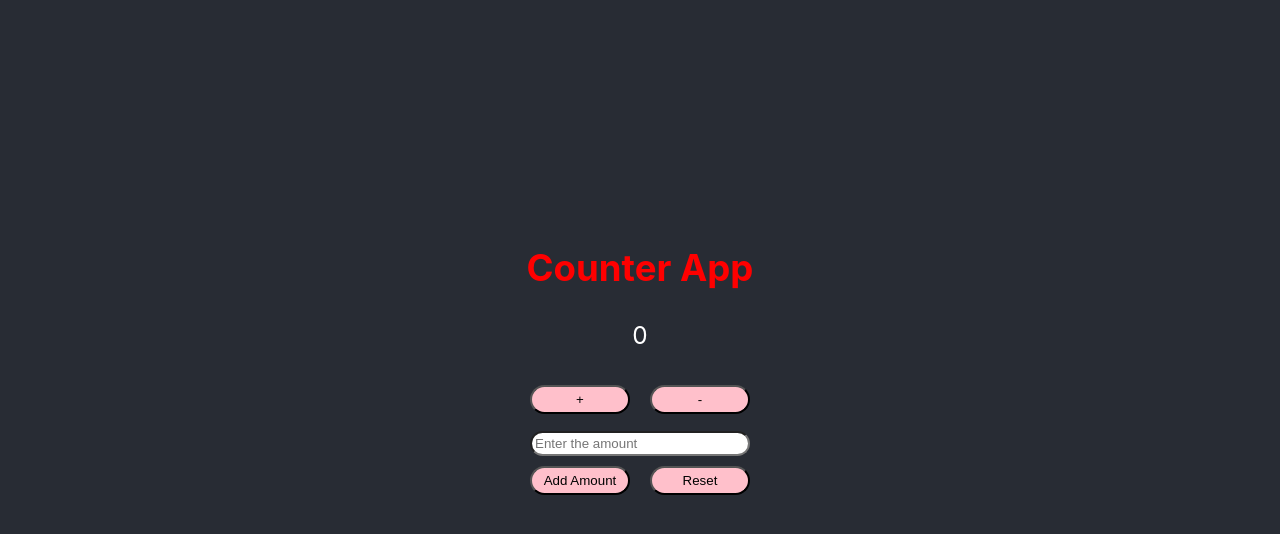
Repository: mahsa199170/React-Redux-Projects
Page: / (app in counter-app-redux-toolkit/)
An editor plug-in stored every save of this project. The page is shown before and after the next save, followed by the edit.
The browser window is 1280 px wide. The pictures show the whole page.
The project was rebuilt for these pictures with package versions that can differ from the ones it lists, and the page was loaded fresh each time.

Above is the page before, as saved 2024-10-28 15:26:06.

### counter-app-redux-toolkit/src/index.js
import React from 'react';
import ReactDOM from 'react-dom/client';
import './index.css';
import App from './App';
import { Provider } from 'react-redux';
import store from './store';

const root = ReactDOM.createRoot(document.getElementById('root'));
root.render(
  <React.StrictMode>
    <Provider store={store}>
      <App />
    </Provider>
  </React.StrictMode>
);

### counter-app-redux-toolkit/src/App.js
import './App.css';
import Counter from './components/counter/Counter';

function App() {
  return (
    <div className="App">
      <header className="App-header">
        <Counter />
      </header>
    </div>
  );
}

export default App;

### counter-app-redux-toolkit/src/store.js
import { configureStore, combineReducers } from '@reduxjs/toolkit';
import countReducer from './slice/counterSlice';

const rootReducer = combineReducers({
  counter: countReducer,
});

const store = configureStore({
  reducer: rootReducer,
});

export default store;

### counter-app-redux-toolkit/src/components/counter/Counter.js
import React, { useState } from 'react';
import { useDispatch, useSelector } from 'react-redux';
import {
  countSelector,
  DECREMENT_BY_ONE,
  INCREMENET_BY_ONE,
  INCREMENT_BY_AN_AMOUNT,
  RESET_AMOUNT,
} from '../../slice/counterSlice';
import './Counter.scss';

const Counter = () => {
  const [inputNumber, setInputNumber] = useState('');
  const number = useSelector(countSelector);

  const dispatch = useDispatch();

  const handleIncrement = () => {
    dispatch(INCREMENET_BY_ONE());
  };
  const handleDecrement = () => {
    dispatch(DECREMENT_BY_ONE());
  };

  const addAmount = () => {
    dispatch(INCREMENT_BY_AN_AMOUNT(Number(inputNumber) || 0));
    setInputNumber('');
  };

  const handleReset = () => {
    setInputNumber('');
    dispatch(RESET_AMOUNT());
  };

  return (
    <section>
      <h1 style={{ color: 'red' }}>Counter App</h1>
      <p>{number}</p>
      <div>
        <button className="btn" onClick={handleIncrement}>
          +
        </button>
        <button className="btn" onClick={handleDecrement}>
          -
        </button>
      </div>
      <div>
        <input
          type="text"
          placeholder="Enter the amount"
          value={inputNumber}
          onChange={(e) => setInputNumber(e.target.value)}
        />
      </div>
      <div>
        <button className="btn btn-dowm" onClick={addAmount}>
          Add Amount
        </button>
        <button className="btn btn-dowm" onClick={handleReset}>
          Reset{' '}
        </button>
      </div>
    </section>
  );
};

export default Counter;

### counter-app-redux-toolkit/src/slice/counterSlice.js
import { createSlice } from '@reduxjs/toolkit';

const initialState = {
  count: 0,
};

const counterSlice = createSlice({
  name: 'counter',
  initialState,
  reducers: {
    INCREMENET_BY_ONE: (state, action) => {
      state.count += 1;
    },
    DECREMENT_BY_ONE: (state, action) => {
      state.count -= 1;
    },
    INCREMENT_BY_AN_AMOUNT: (state, action) => {
      state.count += action.payload;
    },
    RESET_AMOUNT: (state, action) => {
      state.count = 0;
    },
  },
});

export const countSelector = (state) => state.counter.count;
export const {
  INCREMENET_BY_ONE,
  DECREMENT_BY_ONE,
  INCREMENT_BY_AN_AMOUNT,
  RESET_AMOUNT,
} = counterSlice.actions;

export default counterSlice.reducer;

### counter-app-redux-toolkit/src/components/counter/Counter.scss
.btn {
  background-color: pink;
  padding: 5px;
  margin: 10px;
  width: 100px;
  border-radius: 50px;
}

input {
  width: 210px;
  border-radius: 50px;
  padding: 3px;
}

.btn-down {
  margin-top: 10px !important;
}

Loaded but not shown: counter-app-redux-toolkit/public/index.html (common file); counter-app-redux-toolkit/src/index.css (common file); counter-app-redux-toolkit/src/App.css (common file)

After the next save:
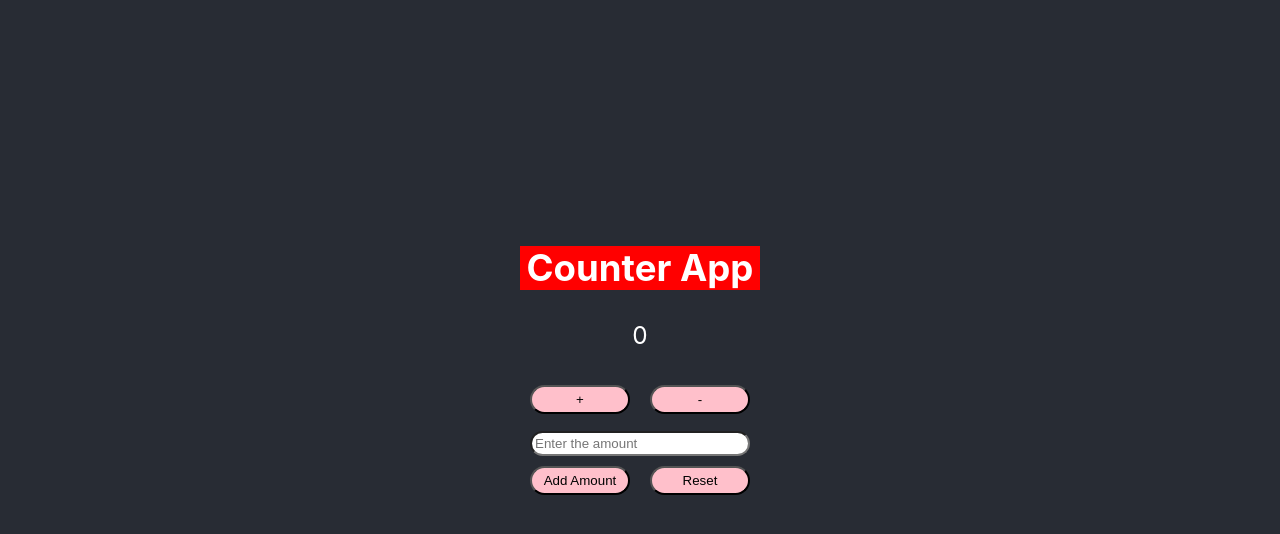
Saved 17 s later.
--- a/counter-app-redux-toolkit/src/components/counter/Counter.js
+++ b/counter-app-redux-toolkit/src/components/counter/Counter.js
@@ -34,7 +34,7 @@ const Counter = () => {
 
   return (
     <section>
-      <h1 style={{ color: 'red' }}>Counter App</h1>
+      <h1 style={{ backgroundColor: 'red' }}>Counter App</h1>
       <p>{number}</p>
       <div>
         <button className="btn" onClick={handleIncrement}>
